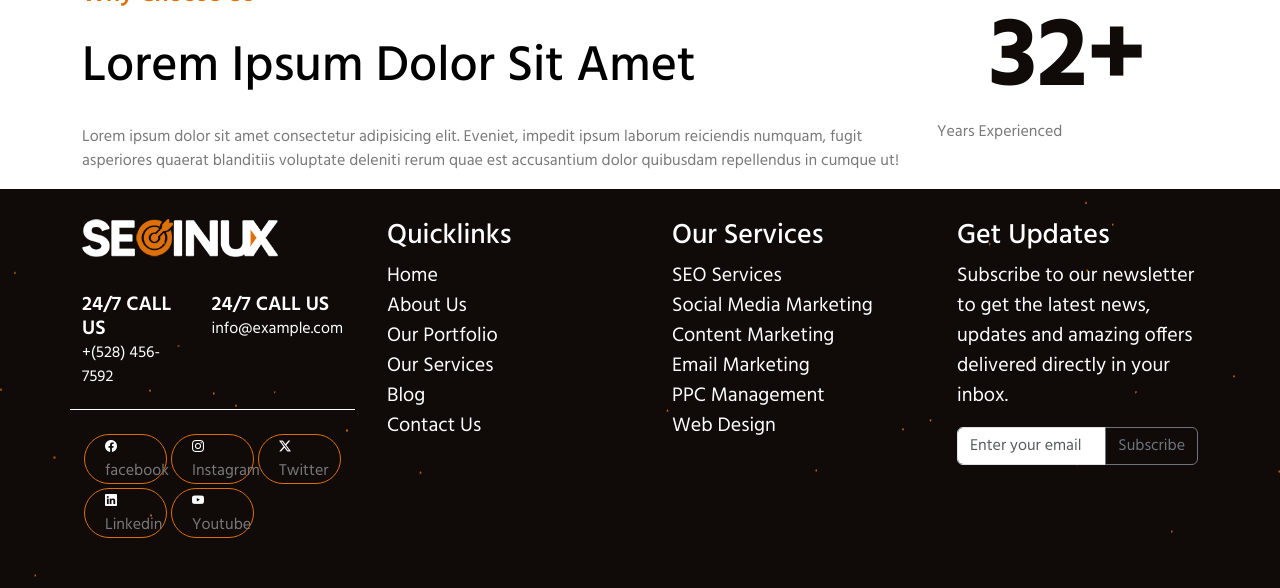
Repository: tagnam/seoinox
Page: about.html
The author's editor kept a copy of each file at every save. The page is drawn from the files as they stood at one save, then again after the next save.
The browser window is 1280 px wide. The pictures show the part of the page from y = 3019 to 3607 px (the page is 3607 px tall).
A picture or video elsewhere on the page could not be fetched, so the positions and the page height are approximate. Backgrounds fixed to the window are drawn as part of the page.

Above is the page before, as saved 2025-02-26 11:07:59.

### about.html
<!DOCTYPE html>
<html lang="en">
<head>
    <meta charset="UTF-8">
    <meta name="viewport" content="width=device-width, initial-scale=1.0">
    <title>SEOINOX</title>
    <link href="https://cdn.jsdelivr.net/npm/bootstrap@5.3.3/dist/css/bootstrap.min.css" rel="stylesheet" integrity="sha384-QWTKZyjpPEjISv5WaRU9OFeRpok6YctnYmDr5pNlyT2bRjXh0JMhjY6hW+ALEwIH" crossorigin="anonymous">
    <link rel="stylesheet" href="style/css/style.css">
    <link rel="stylesheet" href="style/css/responsive.css">
    <link rel="stylesheet" href="style/css/animation.css">
</head>


<body>
  <header>
    <nav class="navbar navbar-expand-lg ">
        <div class="container-fluid">
          <a class="navbar-brand" href="#"><img src="images/main-logo-sec.png" width="100%" alt=""></a>
          <button class="navbar-toggler" type="button" data-bs-toggle="collapse" data-bs-target="#navbarSupportedContent" aria-controls="navbarSupportedContent" aria-expanded="false" aria-label="Toggle navigation">
            <span class="navbar-toggler-icon"></span>
          </button>
          <div class="collapse navbar-collapse custom-navbar-collapse" id="navbarSupportedContent">
            <ul class="navbar-nav custom-navbar-nav">
              <li class="nav-item">
                <a class="nav-link active" aria-current="page" href="/">Home</a>
              </li>
              <li class="nav-item">
                <a class="nav-link" href="about.html">About US</a>
              </li>
              <li class="nav-item">
                <a class="nav-link" href="portfolio.html">Our Portfolio</a>
              </li>
              <li class="nav-item">
                <a class="nav-link" href="service.html">Our Services</a>
              </li>
              <li class="nav-item">
                <a class="nav-link" href="blog.html">Blog</a>
              </li>
              <li class="nav-item">
                <a class="nav-link" href="contact.html">Contact Us</a>
              </li>
            </ul>
            <div class="d-flex" role="search">
                    <div class="menu-icon">
                        <div class="menu-icon-item"> </div>
                        <div class="menu-icon-item"></div>
                        <div class="menu-icon-item"></div>
                    </div>
            </div>
          </div>
        </div>
      </nav>
  </header>


<!--====================================== start hero section  ============================-->
 <section class="inner-page-hero-section">
    <div class="container">
        <div class="row">
                <div class="col-lg-12" style="z-index: 10;">
                    <div class="page-title">
                        <h2> About Us</h2>
                    </div>
                </div>
        </div>
    </div>
    <div class="overlay"></div>
 </section>

<!--====================================== end hero section  ============================-->

  <!--====================================== start about section  ============================-->
  <section class="about-section">
    <div class="container">
      <div class="row">
        <div class="col-lg-6" style="height: 800px;">
          <div class="about-img-container">
            <img src="images/about-image.png" alt="">
          </div>
        </div>
        <div class="col-lg-6">

          <div class="about-content-container">
            <div class="about-content">
              <h2 class="about-main-heading" style="text-align: start;">About Us</h2>
              <p class="about-sub-heading" style="text-align: start ; line-height: 80px;">Lorem ipsum dolor sit amet</p>
          </div>
          <p>At the core of our journey lies a commitment to driving growth fueled by a combination of expertise and passion. We believe growth is not just about numbers—it's about creating meaningful impact, fostering innovation, and building relationships that last. Our team brings a wealth of knowledge, experience, and dedication to every project.</p>
          <div class="about-card card">
            <div class="row g-4">
              <div class="col" style="background-color: #F7F7F7; border-radius: 15px;  ">
                <div class="card-body mission-vission">
                  <h5 class="card-title">Our Mission</h5>
                  <p class="card-text">Lorem ipsum dolor sit amet, consectetur adipiscing elit. </p>
                </div>
              </div>
              <div class="col" >
                <div class="card-body mission-vission">
                  <h5 class="card-title">Our Vision</h5>
                  <p class="card-text">Lorem ipsum dolor sit amet, consectetur adipiscing elit. </p>
                </div>
              </div>
            </div>
          </div>
        </div>
        </div>
      </div>
    </div>
  </section>

    <!--====================================== end about section  ============================-->
    <div class="clearfix"></div>


    <!--====================================== start choice  section  ============================-->

<section class="ab-page-choice-section">
<div class="container">
  <div class="row">
    <div class="col-lg-6" style="padding: 0px 50px;">
      <div class="about-content" >
        <h2 class="about-main-heading" style="text-align: start;">About Us</h2>
        <p class="about-sub-heading" style="text-align: start ; line-height: 80px; color: #fff;">Lorem ipsum dolor sit amet</p>
        <p style="text-align: start; color: #F7F7F7;">At the core of our journey lies a commitment to driving growth fueled by a combination of expertise and passion. We believe growth is not just about numbers—it's about creating meaningful impact, fostering innovation, and building relationships that last. Our team brings a wealth of knowledge, experience, and dedication to every project.</p>

    </div>
    </div>
    <div class="col-lg-6" style="padding: 0px 50px;">
      <div class="row row-cols-1 row-cols-md-2 g-4">
        <div class="col">
            <div class="card-body" style="color: #fff;">
              <h5 class="card-title choice-num">60<span>M</span></h5>
              <p class="card-text">Lorem ipsum dolor sit amet, consectetur adipiscing elit. </p>
          </div>
        </div>
        <div class="col">
          <div class="card-body" style="color: #fff;">
            <h5 class="card-title choice-num">80<span>%</span></h5>
            <p class="card-text">Lorem ipsum dolor sit amet, consectetur adipiscing elit. </p>
        </div>
        </div>
        <div class="col">
          <div class="card-body" style="color: #fff;">
            <h5 class="card-title choice-num">95<span>%</span> </h5>
            <p class="card-text">Lorem ipsum dolor sit amet, consectetur adipiscing elit. </p>
        </div>
        </div>
        <div class="col">
          <div class="card-body" style="color: #fff;">
            <h5 class="card-title choice-num">75<span>K</span> </h5>
            <p class="card-text">Lorem ipsum dolor sit amet, consectetur adipiscing elit. </p>
        </div>
        </div>
      </div>
    </div>
  </div>
</div>

</section>

        <!--====================================== end choice section  ============================-->

  <!--====================================== start choose section  ============================-->


  <section class="choose-section">
    <div class="container">
      <div class="row">
          <div class="col-lg-6 d-flex align-items-center">
              <div class="about-content">
                  <h2 class="about-main-heading" style="text-align: start;">Why Choose Us</h2>
                  <p class="about-sub-heading" style="text-align: start; font-size: 50px;">Lorem ipsum dolor sit amet</p>
                  <p  style="text-align: start;">Lorem ipsum dolor sit amet consectetur adipisicing elit. Eveniet, impedit ipsum laborum reiciendis numquam, fugit asperiores quaerat blanditiis voluptate deleniti rerum quae est accusantium dolor quibusdam repellendus in cumque ut!</p>

              </div>
          </div>
          <div class="col-lg-6">
            <div class="chooise-card-container">
              <div class="card chooise-card mb-5" >
                <div class="row g-0">
                  <div class="col-md-3">
                    <div class="choice-img-container">
                      <img src="images/step1.png" class="img-fluid" alt="...">
                    </div>
                  </div>
                  <div class="col-md-9">
                    <div class="card-body">
                      <h5 class="card-title choice-title">Card title</h5>
                      <p class="card-text">This is a wider card with supporting text below as a natural lead-in to additional content. This content is a little bit longer.</p>
                    </div>
                  </div>
                </div>
              </div>
              <div class="card chooise-card mb-5" >
                <div class="row g-0">
                  <div class="col-md-3">
                    <div class="choice-img-container">
                      <img src="images/step1.png" class="img-fluid" alt="...">
                    </div>
                  </div>
                  <div class="col-md-9">
                    <div class="card-body">
                      <h5 class="card-title choice-title">Card title</h5>
                      <p class="card-text">This is a wider card with supporting text below as a natural lead-in to additional content. This content is a little bit longer.</p>
                    </div>
                  </div>
                </div>
              </div>
              <div class="card chooise-card mb-5" >
                <div class="row g-0">
                  <div class="col-md-3">
                    <div class="choice-img-container">
                      <img src="images/step1.png" class="img-fluid" alt="...">
                    </div>
                  </div>
                  <div class="col-md-9">
                    <div class="card-body">
                      <h5 class="card-title choice-title">Card title</h5>
                      <p class="card-text">This is a wider card with supporting text below as a natural lead-in to additional content. This content is a little bit longer.</p>
                    </div>
                  </div>
                </div>
              </div>
              <div class="card chooise-card mb-5" >
                <div class="row g-0">
                  <div class="col-md-3">
                    <div class="choice-img-container">
                      <img src="images/step1.png" class="img-fluid" alt="...">
                    </div>
                  </div>
                  <div class="col-md-9">
                    <div class="card-body">
                      <h5 class="card-title choice-title">Card title</h5>
                      <p class="card-text">This is a wider card with supporting text below as a natural lead-in to additional content. This content is a little bit longer.</p>
                    </div>
                  </div>
                </div>
              </div>
            </div>
          </div>
      </div>
  </div>
</section>

  <!--====================================== end choose section  ============================-->
  <div class="clearfix"></div>

  <!--====================================== start team section  ============================-->

  <section>
    <div class="container">
      <div class="row">
        <div class="col-lg-9">
          <div class="about-content">
            <h2 class="about-main-heading" style="text-align: start;">Why Choose Us</h2>
            <p class="about-sub-heading" style="text-align: start; font-size: 50px;">Lorem ipsum dolor sit amet</p>
            <p  style="text-align: start;">Lorem ipsum dolor sit amet consectetur adipisicing elit. Eveniet, impedit ipsum laborum reiciendis numquam, fugit asperiores quaerat blanditiis voluptate deleniti rerum quae est accusantium dolor quibusdam repellendus in cumque ut!</p>

        </div>
        </div>
        <div class="col-lg-3">
          <div class="card-body">
            <h5 class="card-title exp-title">32+</h5>
            <p class="card-text ">Years Experienced</p>
          </div>
        </div>
      </div>
    </div>
  </section>
  <!--====================================== end team section  ============================-->











<footer>
  <div class="container">
    <div class="row">
      <div class="col">
        <figure>
          <img src="images/main-logo.png" alt="" style="width: 75%;">
        </figure>
        <div class="row" style="padding: 20px 0px; border-bottom: 1px solid #fff;">
          <div class="col">
            <h4 class="footer-heading">24/7 CALL US</h4>
            <a href="" class="footer-link">+(528) 456-7592</a>
          </div>
          <div class="col">
            <h4 class="footer-heading">24/7 CALL US</h4>
            <a href="" class="footer-link">info@example.com</a>
          </div>
        </div>
        <div class="social-container row-cols-md-3  row g-1">
          <div class="col">
            <div class="social-icon"> <span><i class="bi bi-facebook"></i></span> facebook </div>
          </div>
          <div class="col">
            <div class="social-icon"> <span><i class="bi bi-instagram"></i></span> Instagram </div>
          </div>
          <div class="col">
            <div class="social-icon"> <span><i class="bi bi-twitter-x"></i></span> Twitter </div>
          </div>
          <div class="col">
            <div class="social-icon"> <span><i class="bi bi-linkedin"></i></span> Linkedin</div>
          </div>
          <div class="col">
            <div class="social-icon"> <span><i class="bi bi-youtube"></i></span> Youtube</div>
          </div>
        </div>
      </div>
      <div class="col">
          <div class="footer-content-heading">
              <h3><i class="ri-circle-fill"></i> Quicklinks</h3>
              <ul class="footer-list">
                <li><i class="ri-arrow-right-double-line"></i> <a class="footer-link" href="">Home</a></li>
                <li><i class="ri-arrow-right-double-line"></i> <a class="footer-link" href="">About Us</a></li>
                <li><i class="ri-arrow-right-double-line"></i> <a class="footer-link" href="">Our Portfolio</a></li>
                <li><i class="ri-arrow-right-double-line"></i> <a class="footer-link" href="">Our Services</a></li>
                <li><i class="ri-arrow-right-double-line"></i> <a class="footer-link" href="">Blog</a></li>
                <li><i class="ri-arrow-right-double-line"></i> <a class="footer-link" href="">Contact Us</a></li>
          </div>
      </div>
      <div class="col">
        <div class="footer-content-heading">
          <h3><i class="ri-circle-fill"></i> Our Services</h3>
            <ul class="footer-list">
              <li><i class="ri-arrow-right-double-line"></i> <a class="footer-link" href="">SEO Services</a></li>
              <li><i class="ri-arrow-right-double-line"></i> <a class="footer-link" href="">Social Media Marketing</a></li>
              <li><i class="ri-arrow-right-double-line"></i> <a class="footer-link" href="">Content Marketing</a></li>
              <li><i class="ri-arrow-right-double-line"></i> <a class="footer-link" href="">Email Marketing</a></li>
              <li><i class="ri-arrow-right-double-line"></i> <a class="footer-link" href="">PPC Management</a></li>
              <li><i class="ri-arrow-right-double-line"></i> <a class="footer-link" href="">Web Design</a></li>
            </ul>
      </div>
      </div>
      <div class="col">
        <div class="footer-content-heading">
          <h3><i class="ri-circle-fill"></i> Get Updates</h3>
          <p>Subscribe to our newsletter to get the latest news, updates and amazing offers delivered directly in your inbox.</p>
          <form action="">
            <div class="input-group mb-3">
              <input type="text" class="form-control" placeholder="Enter your email" aria-label="Recipient's username" aria-describedby="button-addon2">
              <button class="btn btn-outline-secondary" type="button" id="button-addon2">Subscribe</button>
            </div>
          </form>

      </div>
      </div>
    </div>
  </div>
</footer>
<script src="https://cdn.jsdelivr.net/npm/bootstrap@5.3.3/dist/js/bootstrap.bundle.min.js" integrity="sha384-YvpcrYf0tY3lHB60NNkmXc5s9fDVZLESaAA55NDzOxhy9GkcIdslK1eN7N6jIeHz" crossorigin="anonymous"></script>
<script src="https://unpkg.com/@studio-freight/lenis@1.0.42/dist/lenis.min.js"></script>

<script src="style/js/custom.js"></script>
</body>
</html>

Loaded but not shown: style/js/custom.js (12 lines, source omitted); style/css/style.css (603 lines, source omitted); style/css/responsive.css (no stored copy; drawn as an empty file); style/css/animation.css (no stored copy; drawn as an empty file)

After the next save:
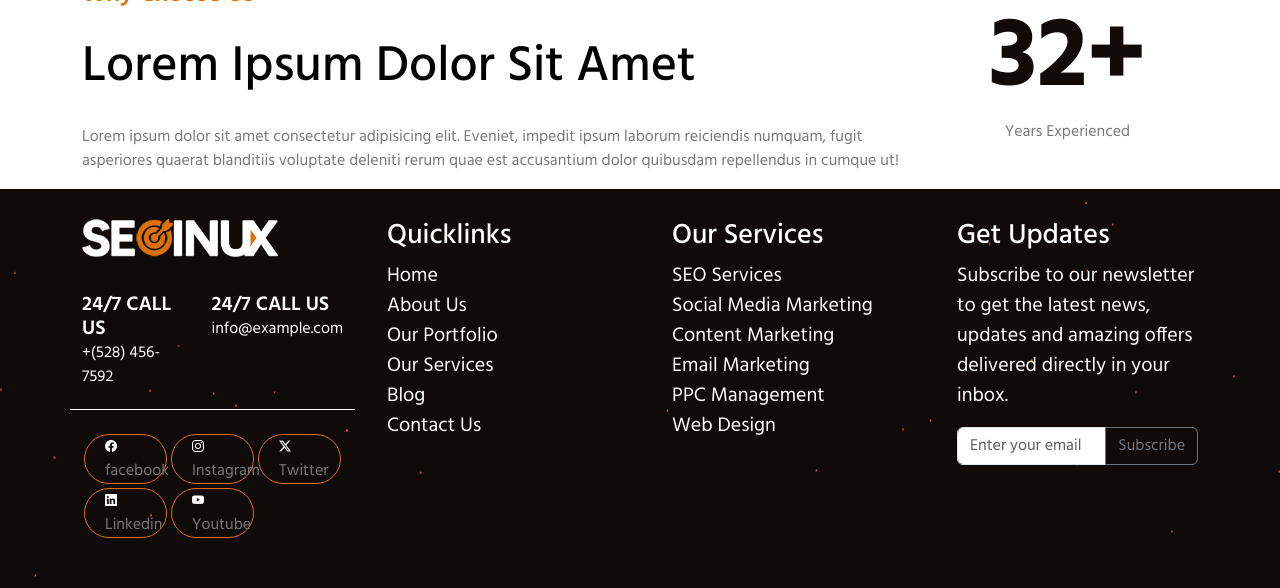
Saved 8 s later.
--- a/about.html
+++ b/about.html
@@ -261,7 +261,7 @@
         <div class="col-lg-3">
           <div class="card-body">
             <h5 class="card-title exp-title">32+</h5>
-            <p class="card-text ">Years Experienced</p>
+            <p class="card-text " style="text-align: center;">Years Experienced</p>
           </div>
         </div>
       </div>
